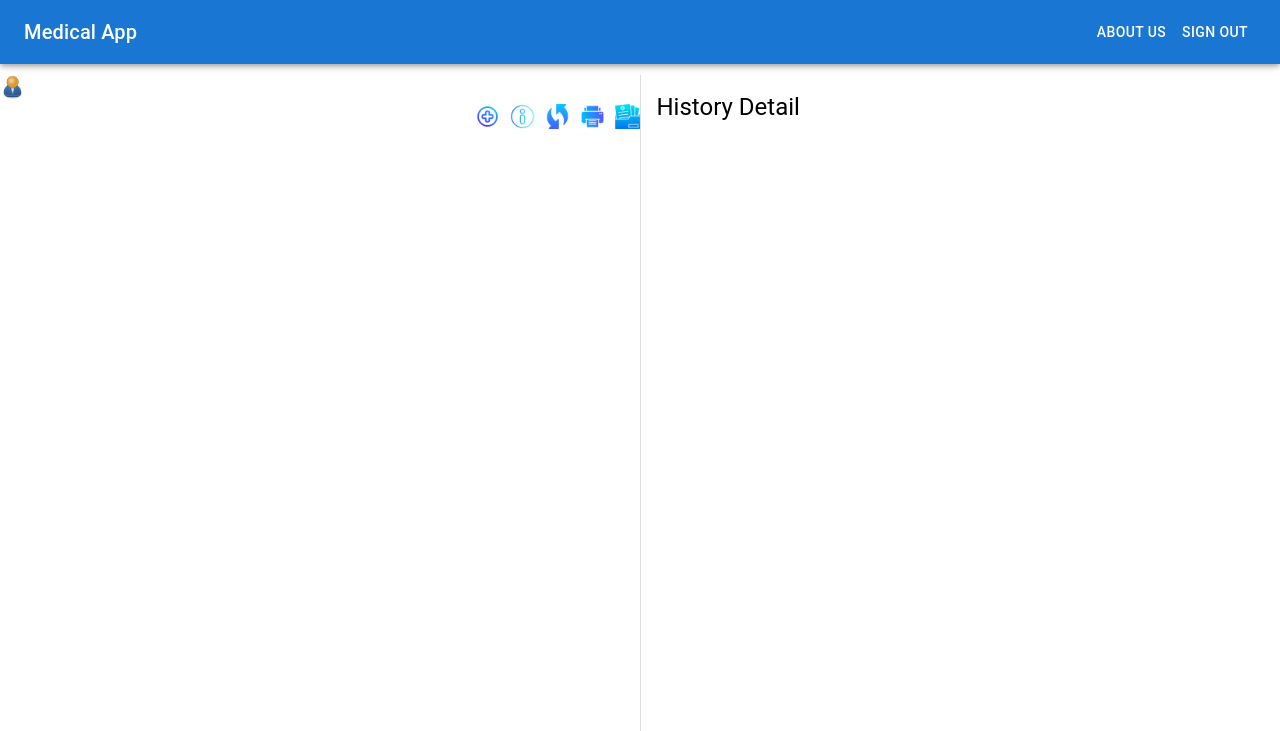
Repository: sshaiv/demo_project
Page: /
The author's editor kept a copy of each file at every save. The page is drawn from the files as they stood at one save, then again after a run of saves.
The browser window is 1280 px wide. The pictures show the whole page.
The project was rebuilt for these pictures with package versions that can differ from the ones it lists, and the page was loaded fresh each time.

Above is the page before, as saved 2024-08-12 20:59:09.

After the next 3 saves:
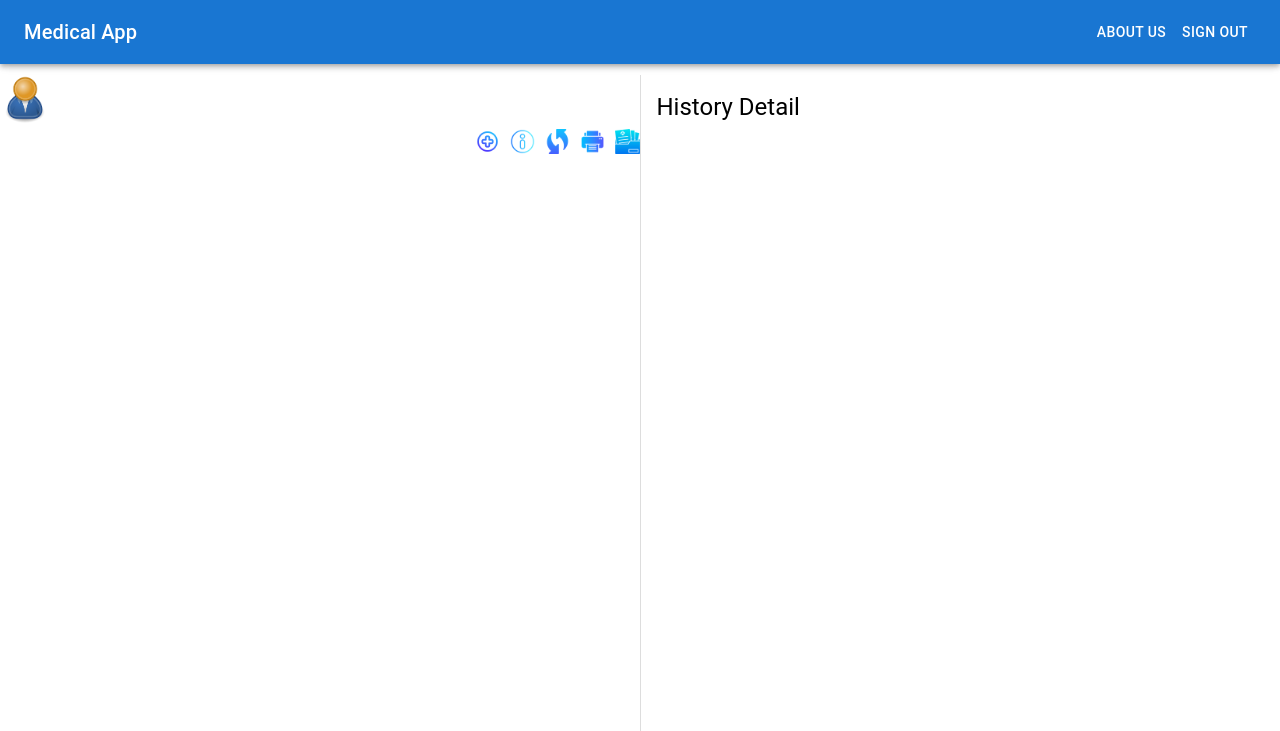
The 3 saves are shown as one change because they came seconds apart.
The last was saved 22 s later.
--- a/src/components/NursingHeader.js
+++ b/src/components/NursingHeader.js
@@ -8,7 +8,7 @@ const NursingHeader = () => {
         <div className="col-md-1">
         <img
         src="/assets/2000px-User_icon_2.svg.png"
-        style={{ width: "25px", height: "25px", marginRight: "10px", cursor: "pointer" }}
+        style={{ width: "50px", height: "50px", marginRight: "10px", cursor: "pointer" }}
         alt=""
         onClick={() => console.log("Add Patient Clicked")}
       />
